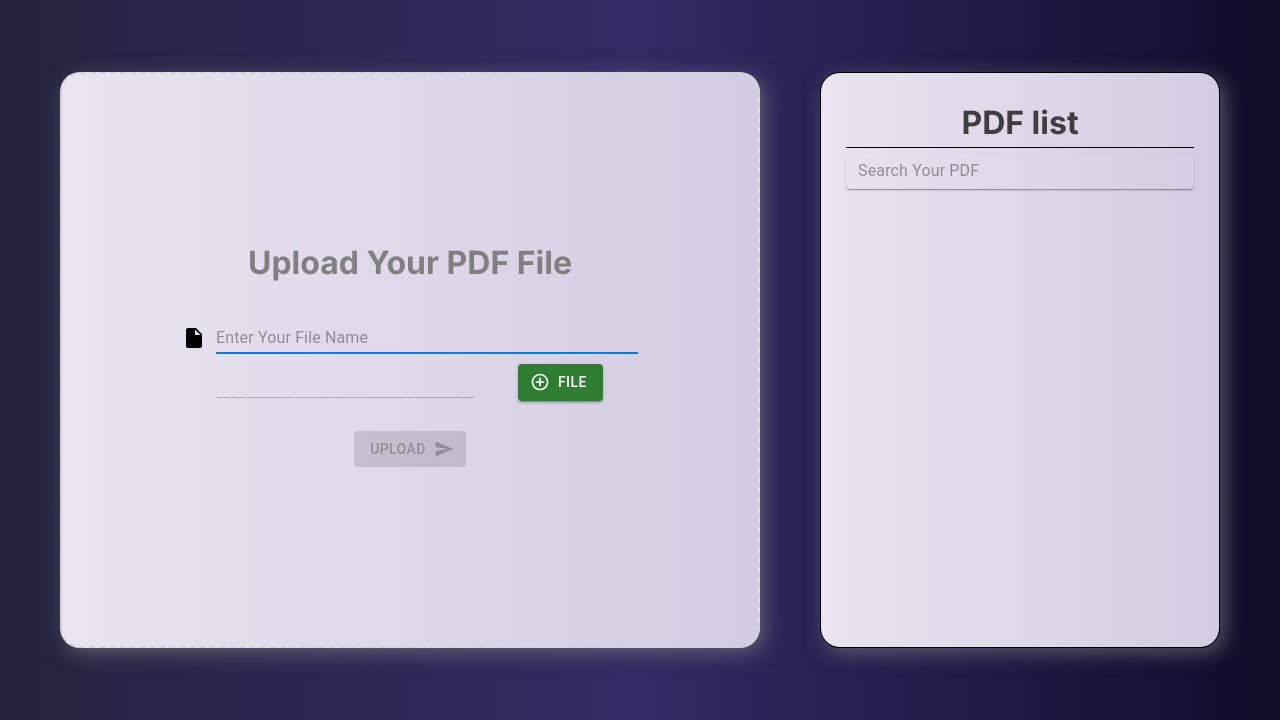
Repository: BhushanPatil-121/pdf-upload-nextjs
Page: /
The author's editor kept a copy of each file at every save. The page is drawn from the files as they stood at one save, then again after the next save.
The browser window is 1280 px wide. The pictures show the whole page.
The page's requests for data from a server got no answer. The project was rebuilt for these pictures with package versions that can differ from the ones it lists, and the page was loaded fresh each time. The framework's server and built-in components were replaced by stand-ins that run in the browser. No one was signed in, and anything a server would have sent is missing. Also part of the build but not shown: next.config.mjs.

Above is the page before, as saved 2024-03-01 17:15:28.

After the next save:
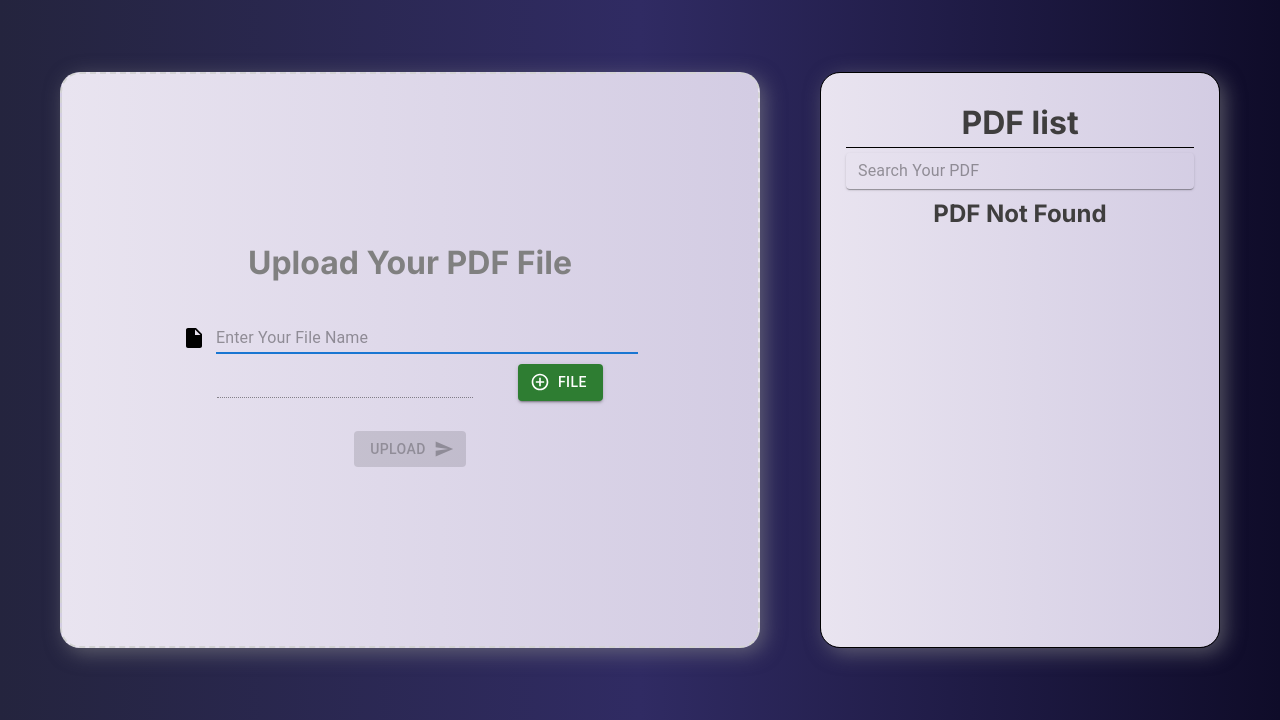
Saved 7 s later.
--- a/src/app/page.tsx
+++ b/src/app/page.tsx
@@ -250,7 +250,7 @@
         </Paper>
         <div className={styles.pdfListDiv}>
           {
-            searchList.length === 0 ? (searchPdfFound? <PdfListSkeleton />:<h2></h2>) :
+            searchList.length === 0 ? (searchPdfFound? <PdfListSkeleton />:<h2>PDF Not Found</h2>) :
 
               searchList.map((item, index) => (
                 <div key={index} style={{

After the 5 saves that followed:
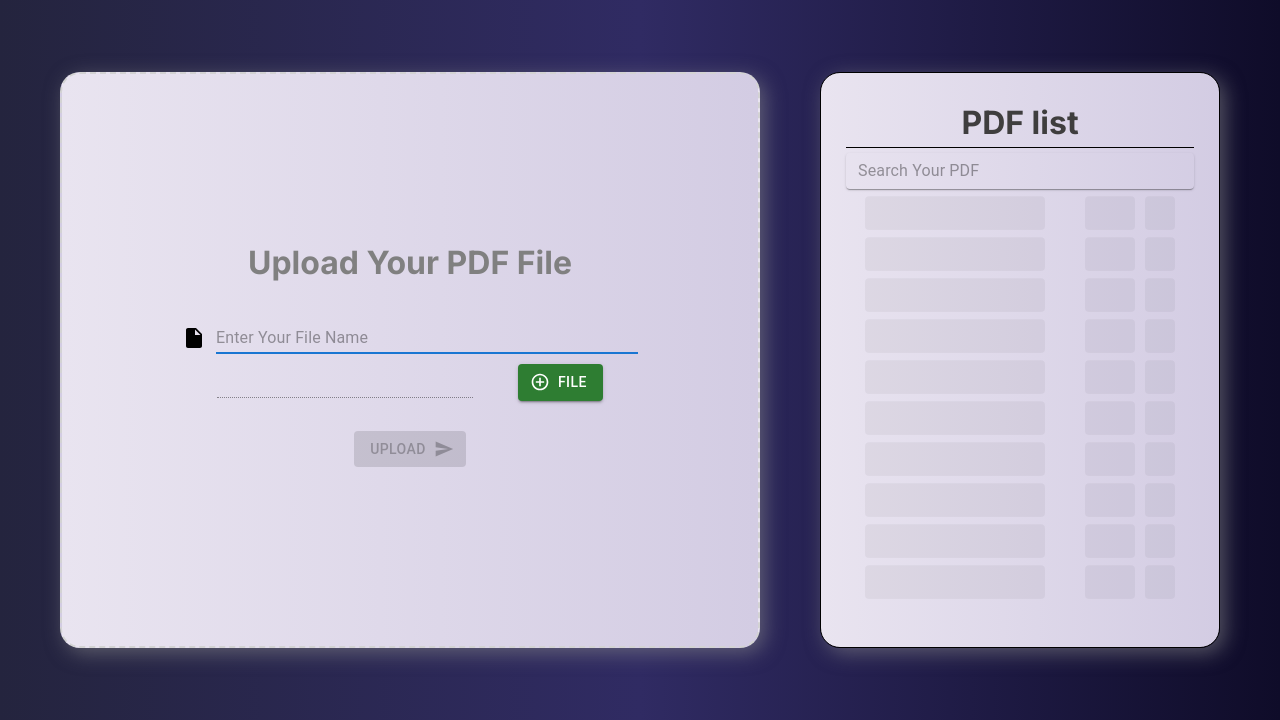
The 5 saves are shown as one change because 1 did not build or start and 3 left the picture as it was.
The last was saved 43 s later.
--- a/src/app/page.tsx
+++ b/src/app/page.tsx
@@ -250,7 +250,7 @@
         </Paper>
         <div className={styles.pdfListDiv}>
           {
-            searchList.length === 0 ? (searchPdfFound? <PdfListSkeleton />:<h2>PDF Not Found</h2>) :
+            searchList.length === 0 ? !searchPdfFound ? <PdfListSkeleton /> : <h2>PDF Not Found</h2> :
 
               searchList.map((item, index) => (
                 <div key={index} style={{
